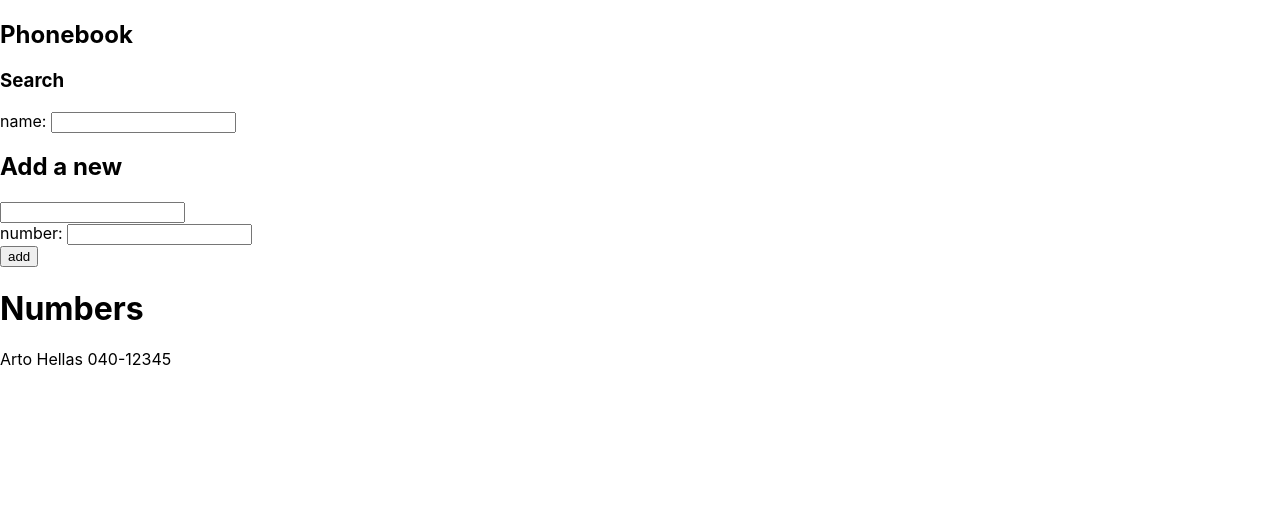
Repository: 0101chaitanya/phonebook-front
Page: /
An editor plug-in stored every save of this project. The page is shown before and after the next save, followed by the edit.
The browser window is 1280 px wide. The pictures show the whole page.
The project was rebuilt for these pictures with package versions that can differ from the ones it lists, and the page was loaded fresh each time.

Above is the page before, as saved 2021-09-19 17:47:53.

After the next save:
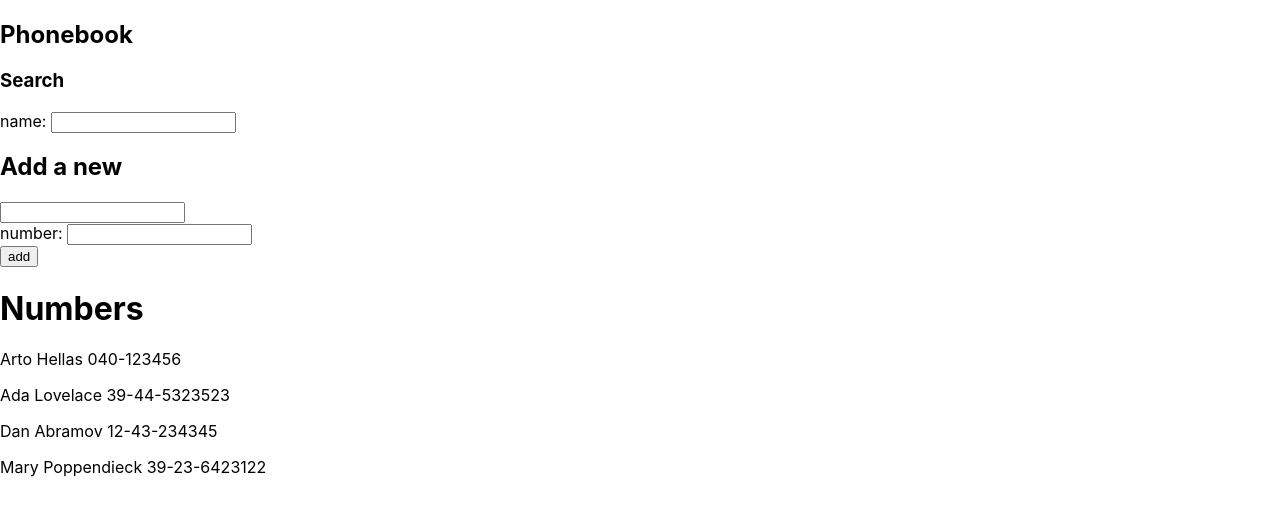
Saved 57 s later.
--- a/src/App.jsx
+++ b/src/App.jsx
@@ -2,7 +2,10 @@ import React, { useState } from "react";
 
 const App = () => {
   const [persons, setPersons] = useState([
-    { name: "Arto Hellas", number: "040-12345" },
+    { name: "Arto Hellas", number: "040-123456", id: 1 },
+    { name: "Ada Lovelace", number: "39-44-5323523", id: 2 },
+    { name: "Dan Abramov", number: "12-43-234345", id: 3 },
+    { name: "Mary Poppendieck", number: "39-23-6423122", id: 4 },
   ]);
   const [state, setState] = useState({
     name: "",
